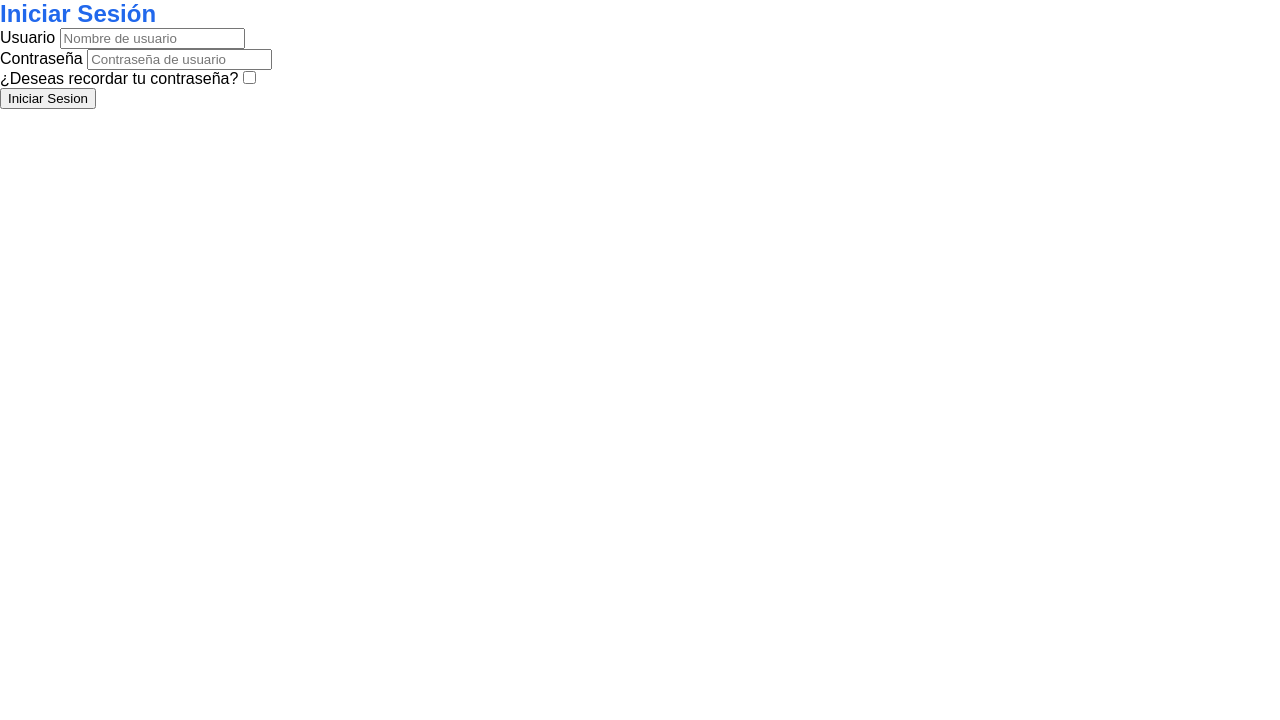
Repository: TzMichaelYT/ModuloHTMLCSS
Page: formularioHTML/index.html
The author's editor kept a copy of each file at every save. The page is drawn from the files as they stood at one save, then again after the next save.
The browser window is 1280 px wide. The pictures show the whole page.

Above is the page before, as saved 2021-07-14 19:35:40.

### formularioHTML/index.html
<!DOCTYPE html>
<html lang="es">
  <head>
    <meta charset="UTF-8" />
    <meta http-equiv="X-UA-Compatible" content="IE=edge" />
    <meta name="viewport" content="width=device-width, initial-scale=1.0" />
    <title>Iniciar Sesion</title>

    <!-- Estilos CSS -->
    <link rel="stylesheet" href="./styles/styles.css">

  </head>
  <body class="bg-matica">
    <!-- Seccion login -->
    <section class="screen-form">
      <!-- Contenedor del formulario -->
      <div class="bg-white form-container">
        <form>
          <!-- Contenedor del titulo -->
          <div>
            <h1 class="header-color">Iniciar Sesi&oacute;n</h1>
          </div>

          <!-- Inputs de inicio de sesion-->
          <div>
            <label for="usuario">Usuario</label>
            <input type="text" id="usuario" placeholder="Nombre de usuario" />
          </div>

          <div>
            <label for="password">Contraseña</label>
            <input
              type="password"
              id="password"
              placeholder="Contraseña de usuario"
            />
          </div>

          <div>
            <label for="check">¿Deseas recordar tu contraseña?</label>
            <input type="checkbox" id="check" />
          </div>

          <div>
              <button type="submit">Iniciar Sesion</button>
          </div>
        </form>
      </div>
    </section>
  </body>
</html>

### formularioHTML/styles/styles.css
/*Estilos Genarales*/
* {
    font-family: Arial, Helvetica, sans-serif;
    margin: 0;
}

/* Color del titulo */
.header-color {
    color: #2168ec;
}

/* Imagen de fondo */

/* contendedor formulario */

/* contenedores de inputs */

/* estilos de botones */

/*Alineacion Formulario*/

After the next save:
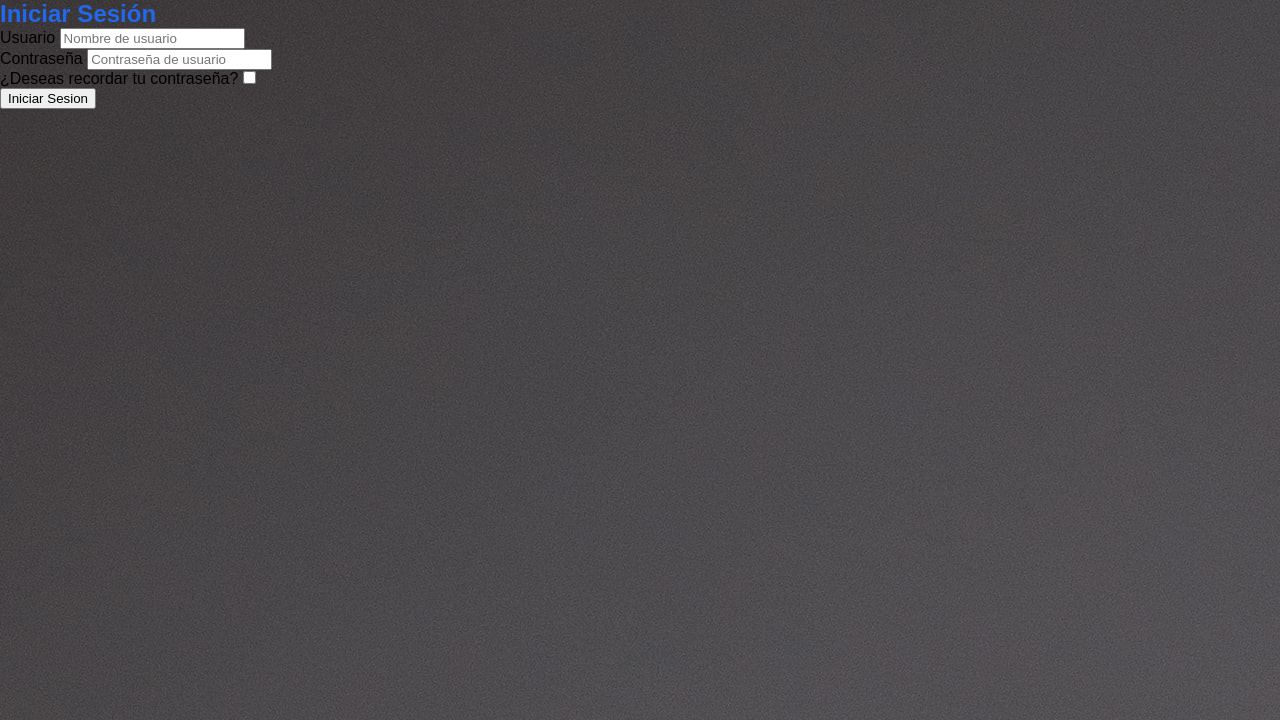
Saved 72 s later.
--- a/formularioHTML/styles/styles.css
+++ b/formularioHTML/styles/styles.css
@@ -10,7 +10,9 @@
 }
 
 /* Imagen de fondo */
-
+.bg-matica {
+    background-image: url('../img/matica.jpg');
+}
 /* contendedor formulario */
 
 /* contenedores de inputs */
